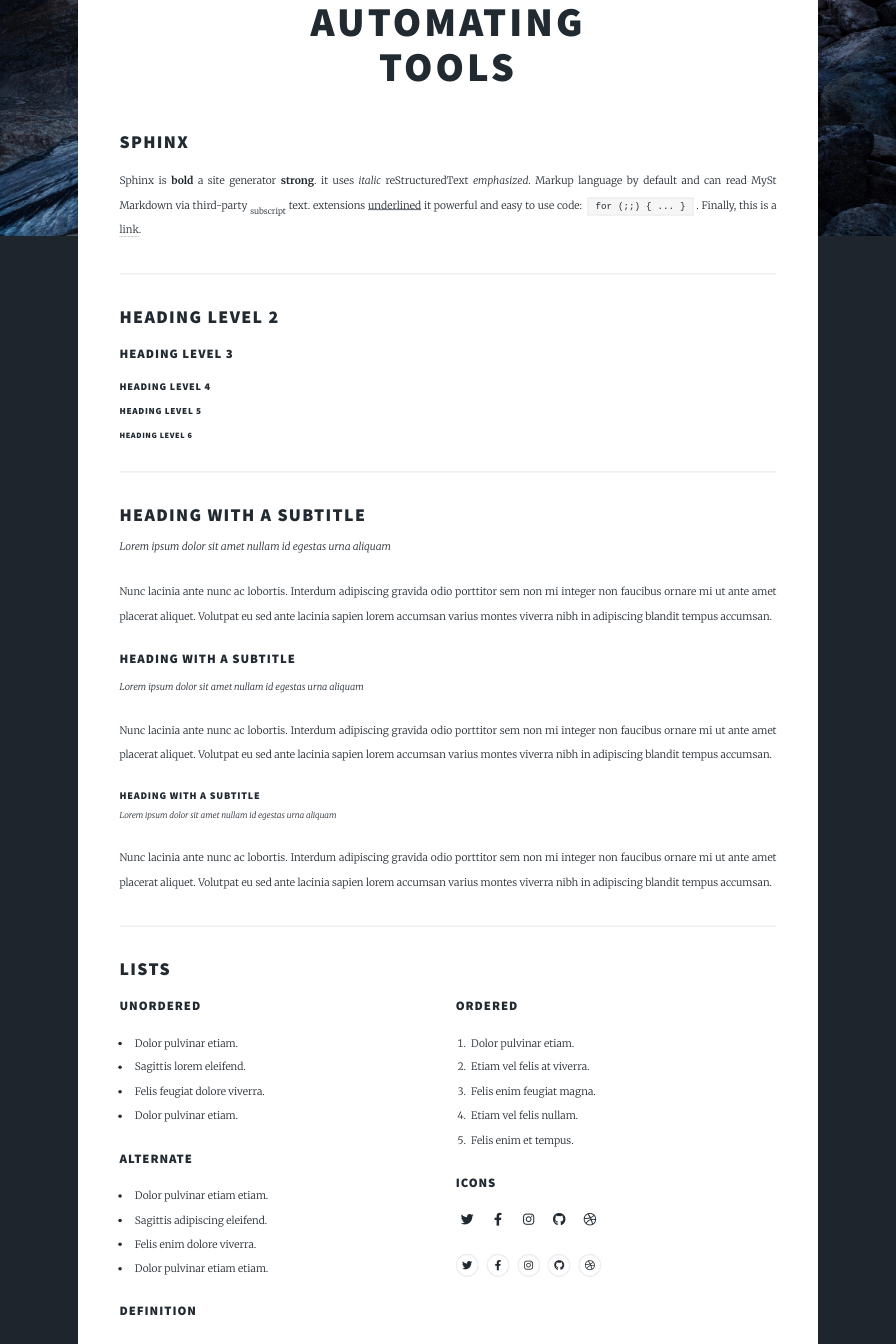
Repository: enlilsudo/Orlando-Portfolio
Page: elements.html
The author's editor kept a copy of each file at every save. The page is drawn from the files as they stood at one save, then again after the next save.
The browser window is 1280 px wide. The pictures show the part of the page from y = 383 to 2303 px (the page is 9527 px tall before and 9492 px after), at 70% of full size.

Above is the page before, as saved 2023-02-19 12:11:14.

After the next save:
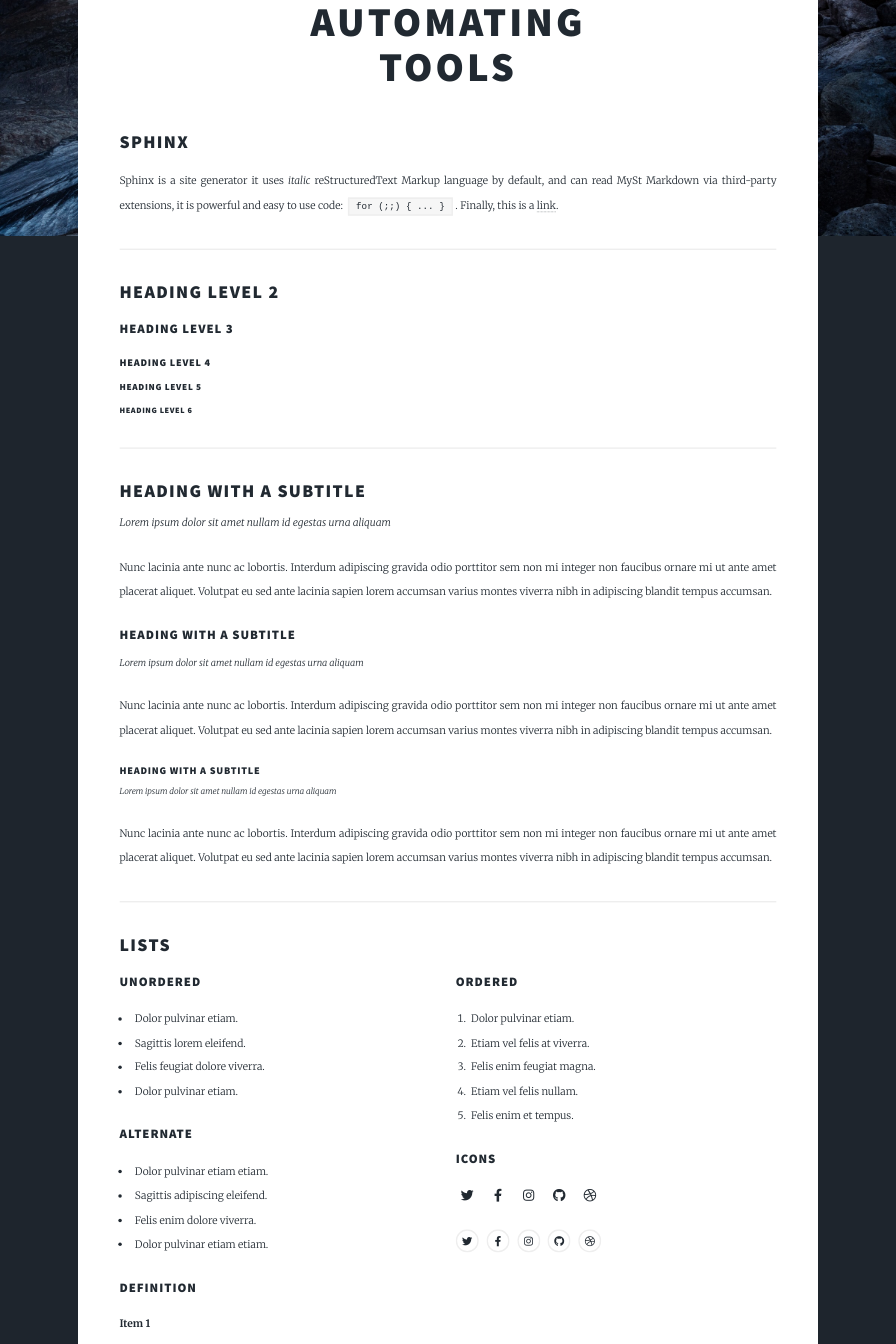
Saved 4 min 16 s later.
--- a/elements.html
+++ b/elements.html
@@ -49,9 +49,9 @@
 
 								<!-- Text stuff -->
 									<h2>Sphinx</h2>
-									<p>Sphinx is <b>bold</b> a site generator <strong>strong</strong>. it uses <i>italic</i> reStructuredText <em>emphasized</em>.
-									Markup language by default and can read MySt Markdown via third-party <sub>subscript</sub> text.
-									extensions <u>underlined</u> it powerful and easy to use code: <code>for (;;) { ... }</code>.
+									<p>Sphinx is a site generator it uses <i>italic</i> reStructuredText
+									Markup language by default, and can read MySt Markdown via third-party
+									extensions, it is powerful and easy to use code: <code>for (;;) { ... }</code>.
 									Finally, this is a <a href="https://www.sphinx-doc.org/en/master/#get-started">link</a>.</p>
 									<hr />
 									<h2>Heading Level 2</h2>
